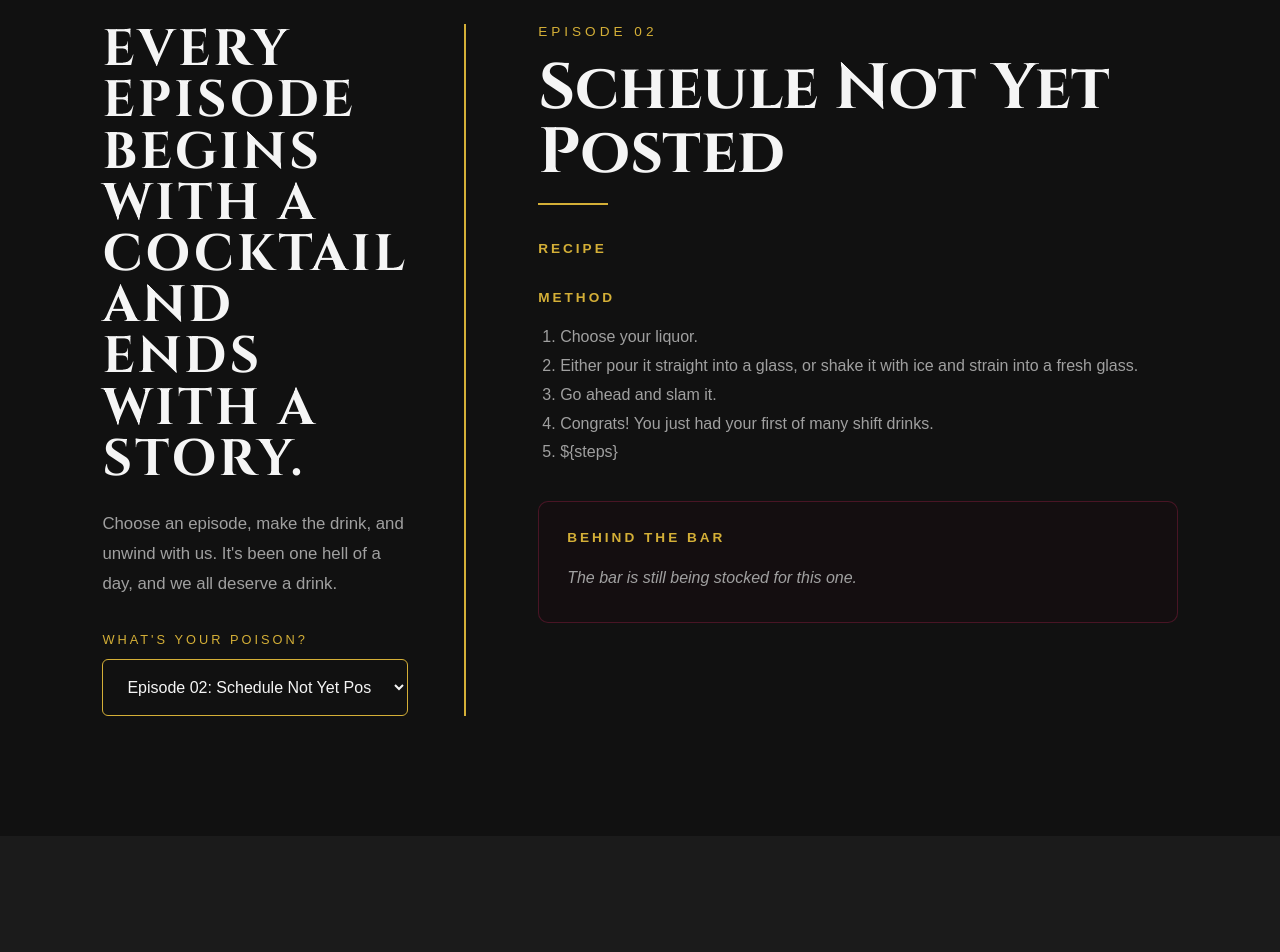
Repository: Gage-Codes/BarRot
Page: css/index.html
These files come from the project's save history. The page is drawn as it stood at one moment and after the next save; the edit follows.
The browser window is 1280 px wide. The pictures show the part of the page from y = 2535 to 3487 px (the page is 6406 px tall).
Empty fields were first filled with sample values (such as "Sample", 5 or name@example.com).
After loading, the first visible `#cocktail-select` was changed once.

Above is the page before, as saved 2026-07-05 20:43:07.

### css/index.html
<!DOCTYPE html>
<html lang="en">

<head>
    <meta charset="UTF-8">
    <meta name="viewport" content="width=device-width, initial-scale=1.0">
    <title>Bar Rot: Your Neighborhood Podcast</title>
    <link href="https://fonts.googleapis.com/css2?family=Cormorant+Garamond:wght@400;700&family=Roboto:wght@400;700&display=swap" rel="stylesheet">
    <link href="https://fonts.googleapis.com/css2?family=Cinzel:wght@400;500;600;700&family=Cormorant+Garamond:wght@400;700&family=Roboto:wght@400;700&display=swap" rel="stylesheet">
    <link rel="stylesheet" href="style.css">
</head>

<!-- The Navigation Bar/Logo -->

<body>
<header>
    <nav class="navbar">
        <a href="#" class="logo">BAR ROT</a>
        <ul class="nav-links">
            <li><a href="#about">About</a></li>
            <li><a href="#episodes">Episodes</a></li>
            <li><a href="#recipes">Recipes</a></li>
            <li><a href="#hosts">Hosts</a></li>
            <li><a href="#reviews">Reviews</a></li>
            <li><a href="#contact">Contact</a></li>
        </ul>
    </nav>
</header>

<!-- Title/Hero Section -->

<main>
    <section id="hero">
        <div class="hero-content">

            <p class="eyebrow">A late-night podcast</p>
            <h1>Where bad decisions make good stories.</h1>
            <p class="hero-text">
                Bar Rot is a podcast about the chaos of working in nightlife and the friendships
                we've made along the way. These are the stories we tell after last call.
            </p>
            <div class="hero-buttons">
                <a href="#episodes" class="btn primary-btn">Listen Now</a>
                <a href="#about" class="btn secondary-btn">Learn More</a>
            </div>
        </div>
    </section>

<!-- The About Section -->

    <section id="about">
        <div class="section-label">About the Podcast</div>
        <div class="about-grid">
            <div>
                <h2>Come find a spot at the bar. We have some shit to talk about.</h2>
            </div>
            <div>
                <p>
                    Welcome to Bar Rot! The late-night podcast where we discuss nightlife,
                    bad decisions, friendship, dating, work, the chaos of the industry, and how Terry keeps
                    calling out and still has a job.
                </p>
                <p>
                    Join us for our post-shift therapy session, some trash talk, and a few good laughs.
                    Bar Rot is for anyone who regrets saying “one more shot”...
                    and for those of us who pour them.
                </p>
            </div>
        </div>
    </section>

<!--Episodes (Recent Episode) Section -->

    <section id="episodes">
        <div class="section-label">Latest Episodes</div>
        <div class="episodes-header">
            <h2>Real stories with real friends.</h2>
            <p>Three bartenders. One bottle. No filter.</p>
        </div>
        <article class="episode-card">
            <div class="episode-cover-area">
                <div class="record">
                    <div class="record-label">
                        <span>BAR</span>
                        <span>ROT</span>
                    </div>
                </div>
                <div class="album-cover">
                    <img src="images/episode-one.jpg" alt="The Bar Rot hosts sitting togeather after work unwinding with a few dinks">
                </div>
            </div>
            <div class="episode-info">
                <p class="episode-number">Episode 01</p>
                <h3>Better To Leave It Where We Found It</h3>
                <p class="episode-description">
                    The stories we tell at the end of the night are the ones we probably shouldn't.
                    Welcome to the first round of Bar Rot.
                </p>
                <div class="episode-meta">
                    <span>46 minutes</span>
                    <span>June 2026</span>
                </div>
                <div class="cocktail-box">
                    <p>This Episodes Shift Drink:</p>
                    <h4>Neat or Chilled</h4>
                </div>
                <div class="episode-buttons">
                    <a href="#" class="btn primary-btn">Listen Now</a>
                    <a href="#recipes" class="btn secondary-btn">View Recipe</a>
                </div>
            </div>
        </article>
    </section>

<!--Shift Drinks/Recipes Section -->

    <section id="recipes">
        <div class="section-label">Shifties</div>
            <div class="recipes-layout">
                <div class="recipe-intro">
                    <h2>Every episode begins with a cocktail and ends with a story.</h2>
                    <p>
                        Choose an episode, make the drink, and unwind with us.
                        It's been one hell of a day, and we all deserve a drink.
                    </p>
                    <label for="cocktail-select">What's your poison?</label>
                    <select id="cocktail-select">
                        <option value="episode-one">Episode 01: Neat or Chilled</option>
                        <option value="episode-two">Episode 02: Schedule Not Yet Posted</option>
                        <option value="episode-three">Episode 03: Schedule Not Yet Posted</option>
                    </select>
                </div>
                <div class="recipe-content">
                    <p class="episode-number" id="recipe-episode">Episode 01</p>
                    <h3 id="recipe-title">Neat or Chilled</h3>
                    <div class="recipe-divider">
                    </div>
                    <div class="recipe-block">
                        <h4>Recipe</h4>
                        <ul id="recipe-ingredients">
                            <li>2 oz. Whiskey, Tequila, Vodka, or Rum</li>
                            <li>Ice, optional</li>
                            <li>A long day</li>
                        </ul>
                    </div>
                    <div class="recipe-block">
                        <h4>Method</h4>
                        <ol id="recipe-method">
                            <li>Choose your liquor.</li>
                            <li>Either pour it straight into a glass, or shake it with ice and strain into a fresh glass.</li>
                            <li>Go ahead and slam it.</li>
                            <li>Congrats! You just had your first of many shift drinks.</li>
                        </ol>
                    </div>
                    <div class="recipe-block host-note">
                        <h4>Behind the Bar</h4>
                        <p id="recipe-note">“This drink is a simple one, but it is the one we all reach for at the end of a long night.
                            It is for when everyone says they're only staying for one... and then suddenly it's 3 a.m.”
                        </p>
                    </div>
                </div>
            </div>
    </section>

<!--Meet the Hosts Section-->

    <section id="hosts">
        <div class="section-label">The Crew</div>
        <h2 class="host-title">
            Meet the Crew
        </h2>
        <p class="hosts-subtitle">
            Everyone has a story. These three just decided to record them.
        </p>
        <div class="section-divider">
        </div>
        <div class="host-grid">
            <article class="host-card">
<!--Gage Info-->
                <img src="images/gage.jpg" alt="Gage" class="host-photo">
                <div class="host-info">
                    <h3>Gage</h3>
                    <p class="host-nickname">
                        <i>"The Personality Hire"</i>
                    </p>
                    <div class="host-divider">
                    </div>
                    <div class="host-detail">
                        <span class="detail-label">
                            SHIFT DRINK:
                        </span>
                        <span class="detail-value">
                            Naked and Famous
                        </span>
                    </div>
                    <div class="host-detail">
                        <span class="detail-label">
                            KNOWN FOR:
                        </span>
                        <span class="detail-value">
                            Drinking tequila out of a Red Bull can.
                        </span>
                    </div>
                    <div class="host-detail">
                        <span class="detail-label">
                            SHIFT QUOTE:
                        </span>
                        <span class="detail-value">
                            "Can we hurry this up? I can feel my buzz starting to wear off."
                        </span>
                    </div>
                </div>
            </article>
<!--Aylen Info-->
            <article class="host-card">
                <img src="images/aylen.jpg" alt="Aylen" class="host-photo">
                <div class="host-info">
                    <h3>Aylen</h3>
                    <p class="host-nickname">
                        <i>"The Firecracker"</i>
                    </p>
                    <div class="host-divider">
                    </div>
                    <div class="host-detail">
                        <span class="detail-label">
                            SHIFT DRINK:
                        </span>
                        <span class="detail-value">
                            Mezcal Passionfruit Margarita
                        </span>
                    </div>
                    <div class="host-detail">
                        <span class="detail-label">
                            BIGGEST PET PEEVE:
                        </span>
                        <span class="detail-value">
                            "People waving cash in my face."
                        </span>
                    </div>
                    <div class="host-detail">
                        <span class="detail-label">
                            MOST LIKELY TO:
                        </span>
                        <span class="detail-value">
                            Rip a shot with a guest behind the bar.
                        </span>
                    </div>
                </div>
            </article>
<!--Abby Info-->
            <article class="host-card">
                <img src="images/abby.jpg" alt="Aylen" class="host-photo">
                <div class="host-info">
                    <h3>Abby</h3>
                    <p class="host-nickname">
                        <i>"The Diva"</i>
                    </p>
                    <div class="host-divider">
                    </div>
                    <div class="host-detail">
                        <span class="detail-label">
                            SHIFT DRINK:
                        </span>
                        <span class="detail-value">
                            Espresso Martini
                        </span>
                    </div>
                    <div class="host-detail">
                        <span class="detail-label">
                            SIGNATURE MOVE:
                        </span>
                        <span class="detail-value">
                            The Worm
                        </span>
                    </div>
                    <div class="host-detail">
                        <span class="detail-label">
                            WORST SHIFT EVER:
                        </span>
                        <span class="detail-value">
                            "Any shift I have to work sober."
                        </span>
                    </div>
                </div>
            </article>
        </div>
    </section>

<!--Reviews Section-->

    <section id="reviews">
        <div class="section-label">
            The Regulars
        </div>
        <h2 class="reviews-title">
            What People Are
            <br>Saying
        </h2>
        <p class="reviews-subtitle">
            Every bar has its regulars. Here's what ours have to say.
        </p>
        <div class="section-divider">
        </div>
        <div class="review-slider">
            <div class="review-card">
                <div class="review-stars">
                    <span>&star;&star;&star;&star;&star;
                    </span>
                </div>
                <blockquote class="review-text">
                    "Listening feels like clocking out after a Friday night double."
                </blockquote>
                <p class="review-author">
                    - Night Shift Nurse
                    <br>Regular at Bar Seat #7
                </p>
            </div>
        </div>
        <div class="review-dots">
            <span class="dot active">
            </span>
            <span class="dot">
            </span>
            <span class="dot">
            </span>
            <span class="dot">
            </span>
            <span class="dot">
            </span>
        </div>
    </section>

<!-- Contact Sections -->

    <section id="contact">
        <div class="section-label">Last Call
        </div>
        <div class="contact-layout">
            <div class="contact-intro">
                <h2>Send us your stories.</h2>
                <p>
                    Got a shift story, cocktail recipe, confession, or something you've been dying to get off your chest?
                    Send it our way. We've got the bar and the audience for it.
                </p>
            </div>
            <form class="contact-form">
                <div class="form-group">
                    <label for="name">Your Name</label>
                    <input type="text" id="name" placeholder="Regular">
                </div>
                <div class="form-group">
                    <label for="email">Your Email</label>
                    <input type="email" id="email" placeholder="regular@example.com">
                </div>
                <div class="form-group">
                    <label for="submission-type">What are you sending?</label>
                    <select id="submission-type">
                        <option>Shift Story</option>
                        <option>Cocktail Recipe</option>
                        <option>Question</option>
                        <option>Comment</option>
                        <option>Confession</option>
                        <option>Other Bad Decision</option>
                    </select>
                </div>
                <div class="form-group">
                    <label for="message">Spill It</label>
                    <textarea id="message" rows="7" placeholder="What's the tea..."></textarea>
                </div>
                <button type="submit" class="btn primary-btn">
                    Send It Our Way
                </button>
            </form>
        </div>
    </section>

</main>

<footer></footer>

<!--Java Script/Nav Bar-->

<script src="script.js"></script>

</body>

</html>

### css/script.js

//Nav Bar Guide //

const sections = document.querySelectorAll("section");
const navLinks = document.querySelectorAll(".nav-links a");
window.addEventListener("scroll", () => {
    let current = "";
    sections.forEach(section => {
        const sectionTop = section.offsetTop;
        const sectionHeight = section.clientHeight;
        if (scrollY >= sectionTop - 150) {
            current = section.getAttribute("id");
        }
    });
    navLinks.forEach(link => {
        link.classList.remove("active");
        if (link.getAttribute("href") === "#" + current) {
            link.classList.add("active");
        }
    });
});

//Recipe Section/Cards Switcher//

const cocktailSelect = document.getElementById("cocktail-select");
const recipeEpisode = document.getElementById("recipe-episode");
const recipeTitle = document.getElementById("recipe-title");
const recipeIngredients = document.getElementById("recipe-ingredients");
const recipeMethod = document.getElementById("recipe-method");
const recipeNote = document.getElementById("recipe-note");
const recipes = {
        "episode-one": {
            episode: "Episode 01",
            title: "Neat or Chilled",
            ingredients: [
                "2 oz. Whiskey, Tequila, Vodka, or Rum",
                "Ice, optional",
                "A long day"
            ],
            method: [
                "Choose your liquor.",
                "Either pour it straight into a glass, or shake it with ice and strain into a fresh glass.",
                "Go ahead and slam it.",
                "Congrats! You just had your first of many shift drinks."
            ],
            note: "This drink is a simple one, but it is the one we all reach for at the end of a long night. It is for when everyone says they're only staying for one... and then suddenly it's 3 a.m."
        },
        "episode-two": {
            episode: "Episode 02",
            title: "Scheule Not Yet Posted",
            ingredients: [
                "Recipe coming soon."
            ],
            method: [
                "Check back after the episode is released."
            ],
            note: "The bar is still being stocked for this one."
        },
        "episode-three": {
            episode: "Episode 03",
            title: "Scheule Not Yet Posted",
            ingredients: [
                "Recipe coming soon."
            ],
            method: [
                "Check back after the episode is released."
            ],
            note: "This drink has not been poured yet."
        }
};

cocktailSelect.addEventListener("change", function () {
    const selectedRecipe = recipes[cocktailSelect.value];
    recipeEpisode.textContent = selectedRecipe.episode;
    recipeTitle.textContent = selectedRecipe.title;
    recipeIngredients.innerHTML = "";
    selectedRecipe.ingredients.forEach(function (step) {
        recipeMethod.innerHTML += '<li>${steps}</li>';
    });
    recipeNote.textContent = selectedRecipe.note;
});

Loaded but not shown: css/style.css (782 lines, source omitted)

After the next save:
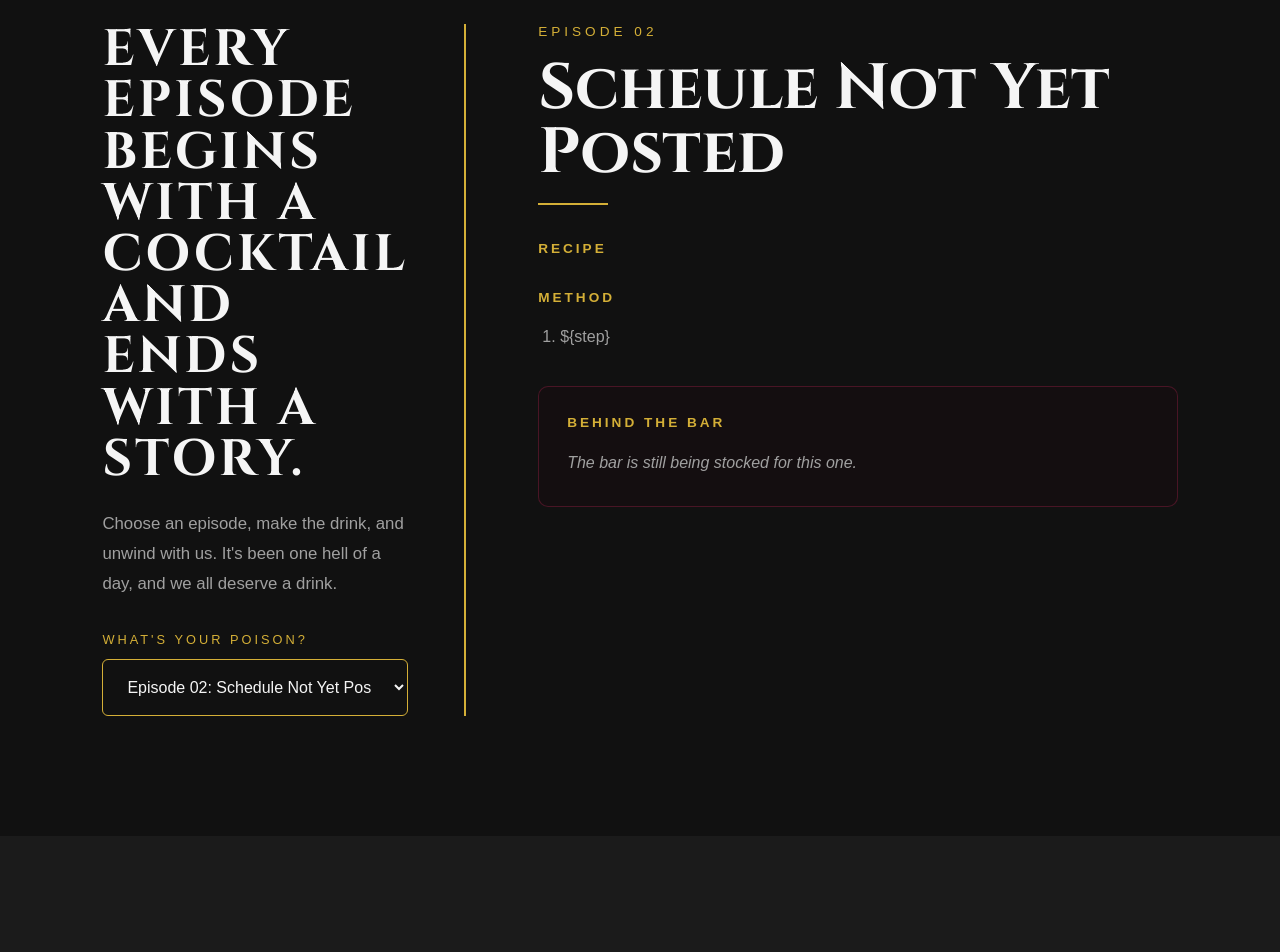
Saved 7 min 33 s later.
--- a/css/script.js
+++ b/css/script.js
@@ -74,8 +74,12 @@
     recipeEpisode.textContent = selectedRecipe.episode;
     recipeTitle.textContent = selectedRecipe.title;
     recipeIngredients.innerHTML = "";
-    selectedRecipe.ingredients.forEach(function (step) {
-        recipeMethod.innerHTML += '<li>${steps}</li>';
+    selectedRecipe.ingredients.forEach(function (ingredient) {
+        recipeMethod.innerHTML += '<li>${ingredient}</li>';
+    });
+    recipeMethod.innerHTML = "";
+    selectedRecipe.method.forEach(function (step) {
+        recipeMethod.innerHTML += '<li>${step}</li>';
     });
     recipeNote.textContent = selectedRecipe.note;
 });
